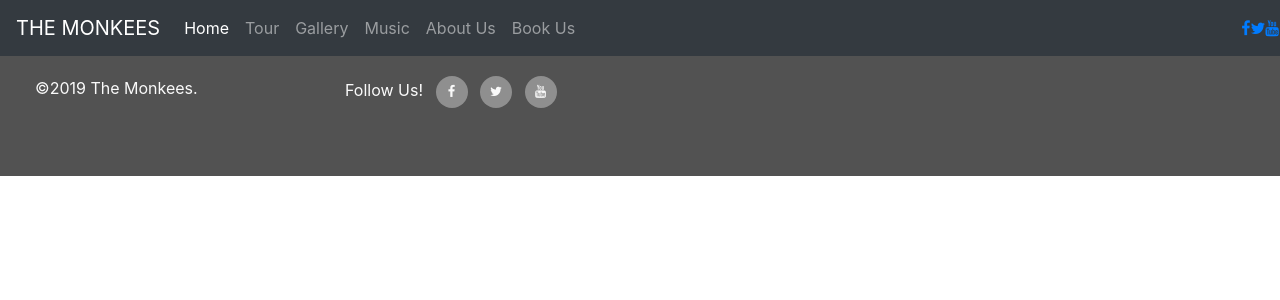
Repository: ClaraBausson/milestone_project_1
Page: index.html
The author's editor kept a record of every edit. The page is drawn from the files as they stood at one moment, then again after the next edit.
The browser window is 1280 px wide. The pictures show the whole page.
Some web libraries are served in a nearby version.

Above is the page before.

After the next edit:
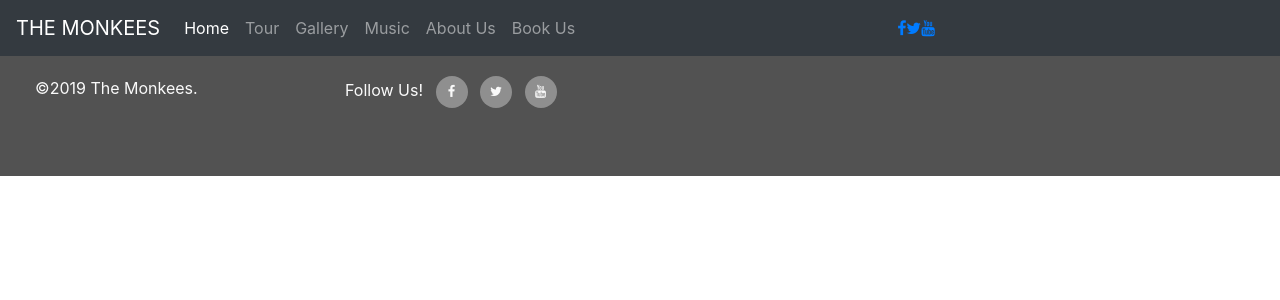
The edit:
--- a/index.html
+++ b/index.html
@@ -49,7 +49,7 @@
                     </li>
                 </ul>
 
-                <div class="row social-links-header">
+                <div class="row mr-auto mt-2 mt-lg-0 social-links-header">
                     <div class="col-xs-4">
                         <a target="_blank" href="#">
                             <i class="fa fa-facebook" aria-hidden="true"></i>
